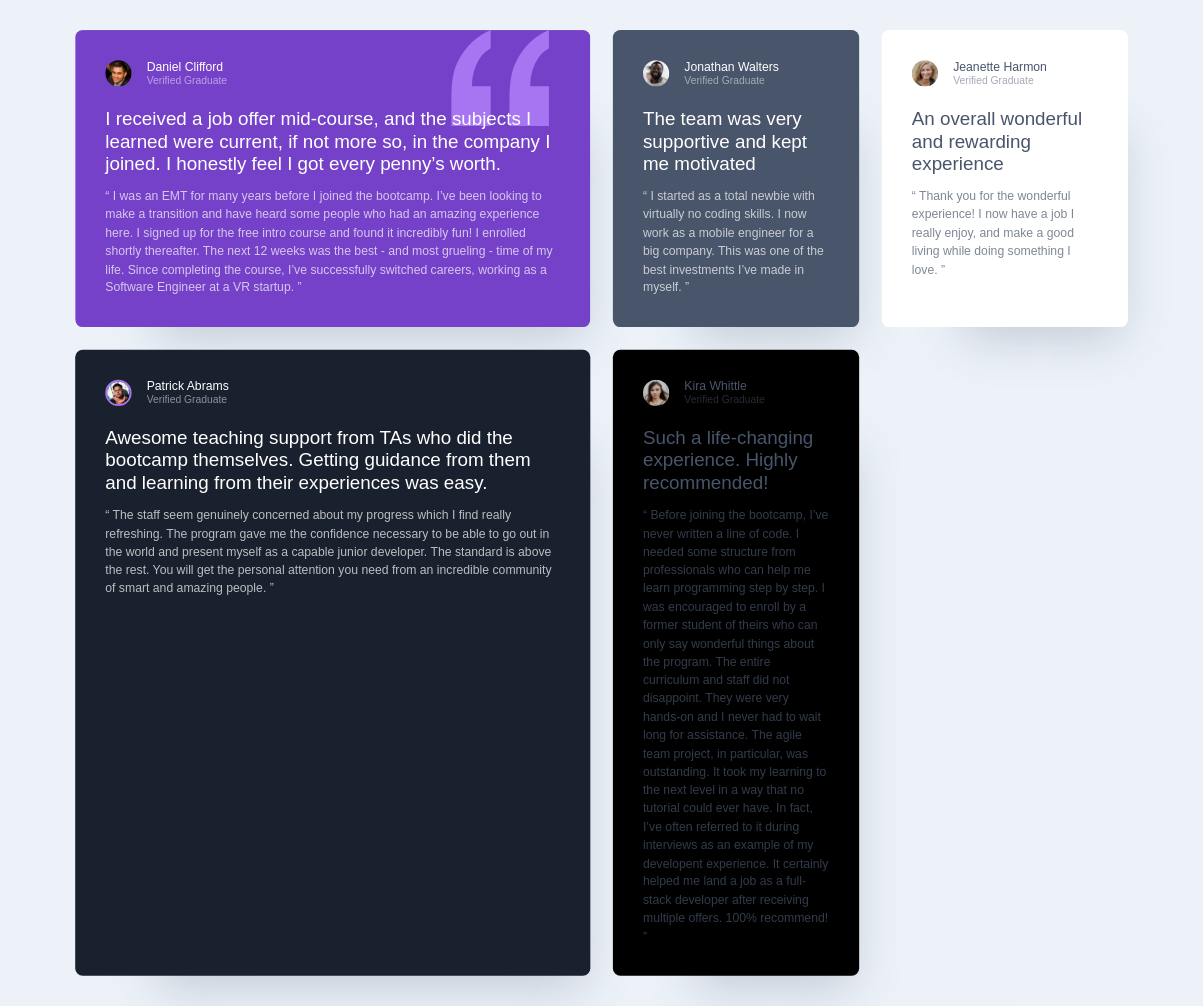
Repository: Imprasna/Grid_template
Page: index.html
These files come from the project's save history. The page is drawn as it stood at one moment and after a run of saves; the edit follows.
The browser window is 1280 px wide. The pictures show the whole page, at 94% of full size.

Above is the page before, as saved 2021-11-28 11:29:22.

### index.html
<!DOCTYPE html>
<html lang="en">
<head>
    <meta charset="UTF-8">
    <meta http-equiv="X-UA-Compatible" content="IE=edge">
    <meta name="viewport" content="width=device-width, initial-scale=1.0">
    <link rel="stylesheet" href="style.css">
    <title>GRid</title>
</head>
<body>
    <main class="testimonial-grid">
        <article class="testimonial grid-col-span-2 flow bg-primary-400 quote text-neutral-100">
          <div class="flex">
            <div>
              <img  src="./images/image-daniel.jpg" alt="daniel clifford">
            </div>
            <div>
              <h2 class="name">Daniel Clifford</h2>
              <p class="position">Verified Graduate</p>
            </div>
          </div>
          <p>
            I received a job offer mid-course, and the subjects I learned were current, if not more so,
            in the company I joined. I honestly feel I got every penny’s worth.
          </p>
          <p>
            “ I was an EMT for many years before I joined the bootcamp. I’ve been looking to make a
            transition and have heard some people who had an amazing experience here. I signed up
            for the free intro course and found it incredibly fun! I enrolled shortly thereafter.
            The next 12 weeks was the best - and most grueling - time of my life. Since completing
            the course, I’ve successfully switched careers, working as a Software Engineer at a VR startup. ”
          </p>
        </article>
        <article class="testimonial flow bg-secondary-400 text-neutral-100">
          <div class="flex">
            <div>
              <img src="./images/image-jonathan.jpg" alt="Jonathan Walters">
            </div>
            <div>
              <h2 class="name">Jonathan Walters</h2>
              <p class="position">Verified Graduate</p>
            </div>
          </div>
          <p>
            The team was very supportive and kept me motivated
          </p>
          <p>
            “ I started as a total newbie with virtually no coding skills. I now work as a mobile engineer
            for a big company. This was one of the best investments I’ve made in myself. ”
          </p>
        </article>
        <article class="testimonial flow bg-neutral-100 text-secondary-400">
          <div class="flex">
            <div>
              <img src="./images/image-jeanette.jpg" alt="Jeanette Harmon">
            </div>
            <div>
              <h2 class="name">Jeanette Harmon</h2>
              <p class="position">Verified Graduate</p>
            </div>
          </div>
          <p>
            An overall wonderful and rewarding experience</p>
          <p>
            “ Thank you for the wonderful experience! I now have a job I really enjoy, and make a good living
            while doing something I love. ”
          </p>
        </article>
        <article class="testimonial grid-col-span-2 flow bg-secondary-500 text-neutral-100">
          <div class="flex">
            <div>
              <img class="border-primary-400" src="./images/image-patrick.jpg" alt="Patrick Abrams">
            </div>
            <div>
              <h2 class="name">Patrick Abrams</h2>
              <p class="position">Verified Graduate</p>
            </div>
          </div>
          <p>
            Awesome teaching support from TAs who did the bootcamp themselves. Getting guidance from them and
            learning from their experiences was easy.
          </p>
          <p>
            “ The staff seem genuinely concerned about my progress which I find really refreshing. The program
            gave me the confidence necessary to be able to go out in the world and present myself as a capable
            junior developer. The standard is above the rest. You will get the personal attention you need from
            an incredible community of smart and amazing people. ”
          </p>
        </article>
        <article class="testimonial flow bg-neutral-100 text-secondary-400">
          <div class="flex">
            <div>
              <img src="./images/image-kira.jpg" alt="Kira Whittle">
            </div>
            <div>
              <h2 class="name">Kira Whittle</h2>
              <p class="position">Verified Graduate</p>
            </div>
          </div>
          <p>
            Such a life-changing experience. Highly recommended!
          </p>
          <p>
            “ Before joining the bootcamp, I’ve never written a line of code. I needed some structure from
            professionals who can help me learn programming step by step. I was encouraged to enroll by a former
            student of theirs who can only say wonderful things about the program. The entire curriculum and staff
            did not disappoint. They were very hands-on and I never had to wait long for assistance. The agile team
            project, in particular, was outstanding. It took my learning to the next level in a way that no tutorial
            could ever have. In fact, I’ve often referred to it during interviews as an example of my developent
            experience. It certainly helped me land a job as a full-stack developer after receiving multiple offers.
            100% recommend! ”
          </p>
        </article>
      </main>
</body>
</html>

### style.css
:root {
    --clr-primary-400: 263 55% 52%;
    --clr-secondary-400: 217 19% 35%;
    --clr-secondary-500: 219 29% 14%;
    --clr-neutral-100: 0 0% 100%;
    --clr-neutral-200: 210 46% 95%;
    --clr-neutral-300: 0 0% 81%;

    --ff-primary: "Barlow Semi Condensed", sans-serif;

    --fw-400: 500;
    --fw-700: 600;

    --fs-300: 0.6875rem;
    --fs-400: 0.8125rem;
    --fs-500: 1.25rem;
  }

  /* Box sizing rules */
  *,
  *::before,
  *::after {
    box-sizing: border-box;
  }

  /* Remove default margin */
  body,
  h1,
  h2,
  h3,
  h4,
  p,
  figure,
  blockquote,
  dl,
  dd {
    margin: 0;
  }

  /* Remove list styles on ul, ol elements with a list role, which suggests default styling will be removed */
  ul[role="list"],
  ol[role="list"] {
    list-style: none;
  }

  /* Set core root defaults */
  html:focus-within {
    scroll-behavior: smooth;
  }

  /* Set core body defaults */
  body {
    min-height: 100vh;
    text-rendering: optimizeSpeed;
    line-height: 1.5;
  }

  /* A elements that don't have a class get default styles */
  a:not([class]) {
    text-decoration-skip-ink: auto;
  }

  /* Make images easier to work with */
  img,
  picture {
    max-width: 100%;
    display: block;
  }

  /* Inherit fonts for inputs and buttons */
  input,
  button,
  textarea,
  select {
    font: inherit;
  }

  /* Remove all animations, transitions and smooth scroll for people that prefer not to see them */
  @media (prefers-reduced-motion: reduce) {
    html:focus-within {
      scroll-behavior: auto;
    }

    *,
    *::before,
    *::after {
      animation-duration: 0.01ms !important;
      animation-iteration-count: 1 !important;
      transition-duration: 0.01ms !important;
      scroll-behavior: auto !important;
    }
  }

  body {
    display: grid;
    place-content: center;
    min-height: 100vh;

    font-family: var(--ff-primary);
    font-weight: var(--fw-400);

    background-color: hsl(var(--clr-neutral-200));
  }

  h1,
  h2,
  h3 {
    font-weight: var(--fw-700);
  }

  /* utilities */
  .flex {
    display: flex;
    gap: var(--gap, 1rem);
  }

  .flow > *:where(:not(:first-child)) {
    margin-top: var(--flow-spacer, 1em);
  }

  .bg-primary-400 {
    background: hsl(var(--clr-primary-400));
  }
  .bg-secondary-400 {
    background: hsl(var(--clr-secondary-400));
  }
  .bg-secondary-500 {
    background: hsl(var(--clr-secondary-500));
  }

  .bg-neutral-100 {
    background: hsl(var(--clr-neutral-100));
  }

  .text-neutral-100 {
    color: hsl(var(--clr-neutral-100));
  }
  .text-secondary-400 {
    color: hsl(var(--clr-secondary-400));
  }
  .border-primary-400 {
    border: 2px solid #a775f1;
  }

  /* components */
  .testimonial-grid {
    padding-block: 2rem;
    width: min(95%, 70rem);
    margin-inline: auto;

    display: grid;
    gap: 1.5rem;
    grid-template-columns: repeat(4, 1fr);
  }

  .grid-col-span-2 {
      grid-column: span 2;
  }

  .testimonial:last-child {
      background: #000;
  }

  .testimonial {
    font-size: var(--fs-400);
    padding: 2rem;
    border-radius: 0.5rem;
    box-shadow: 2.5rem 3.75rem 3rem -3rem hsl(var(--clr-secondary-400) / 0.25);
  }

  .testimonial.quote {
    background-image: url("./images/bg-pattern-quotation.svg");
    background-repeat: no-repeat;
    background-position: top right 10%;
  }

  .testimonial img {
    width: 1.75rem;
    aspect-ratio: 1;
    border-radius: 50%;
  }

  .testimonial .name {
    font-size: var(--fs-400);
    font-weight: var(--fw-400);
    line-height: 1;
  }

  .testimonial .position {
    font-size: var(--fs-300);
    opacity: 0.5;
  }

  .testimonial > p:first-of-type {
    font-size: var(--fs-500);
    line-height: 1.2;
  }

  .testimonial > p:last-of-type {
    opacity: 0.7;
  }

After the next 2 saves:
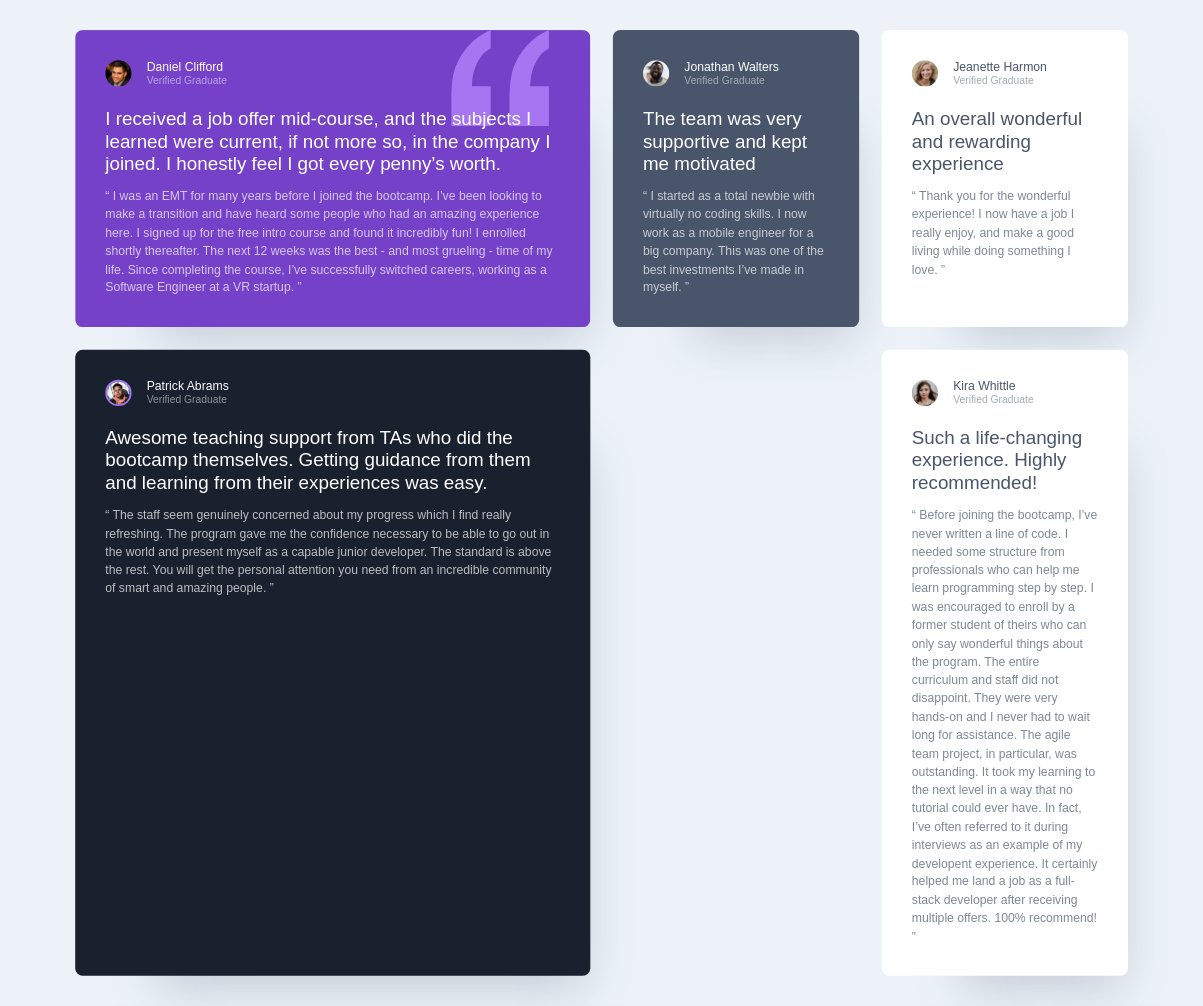
The 2 saves are shown as one change because they came seconds apart.
The last was saved 13 s later.
--- a/style.css
+++ b/style.css
@@ -158,7 +158,7 @@
   }
 
   .testimonial:last-child {
-      background: #000;
+      grid-column: 4/5;
   }
 
   .testimonial {
